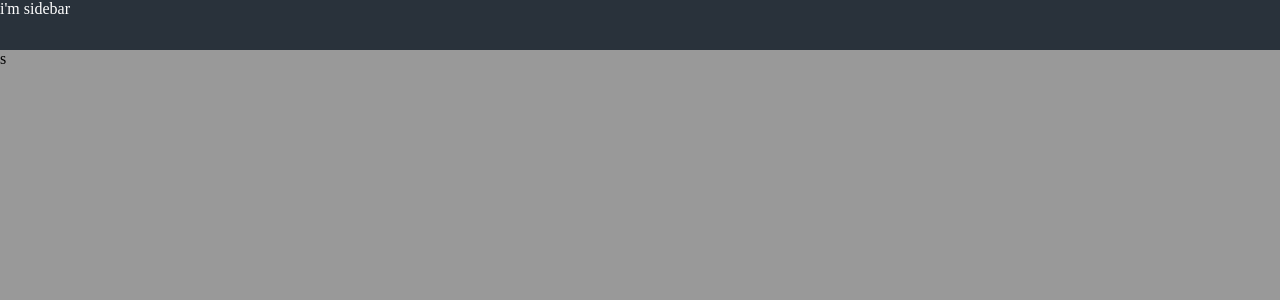
Repository: runuowbd123/reacthooksDemo
Page: /
These files come from the project's save history. The page is drawn as it stood at one moment and after the next save; the edit follows.
The browser window is 1280 px wide. The pictures show the whole page.
The project was rebuilt for these pictures with package versions that can differ from the ones it lists, and the page was loaded fresh each time.

Above is the page before, as saved 2019-06-25 16:52:46.

### public/index.html
<!DOCTYPE html>
<html lang="en">
  <head>
    <meta charset="utf-8">
    <link rel="shortcut icon" href="./favicon.ico">
    <meta name="viewport" content="width=device-width, initial-scale=1, shrink-to-fit=no">
    <meta name="theme-color" content="#000000">
    <link rel="manifest" href="./public/manifest.json">
    <title>义乌恒风</title>
    <style type="text/css">
      .laoding-wrapper {
          width: 100%;
          height: 100%;
          position: absolute;
          top: 0;
          left: 0;
          background: linear-gradient(to bottom, #2E3943 , #2E3943 );
      }
      .loading-title {
          color: #fff;
          /*font-size: 20px;*/
      }
      .loading-center {
          position: absolute;
          top: 0;
          left: 0;
          bottom: 0;
          text-align: center;
          right: 0;
          margin: auto;
          width: 300px;
          height: 160px;
      }
      .bouncywrap {
          position: relative;
          position: relative;
          display: inline-block;
          margin-top: 20px;
      }
      .dotcon {
          display: block;
          float: left;
          width: 50px;
          position: absolute;
      }
      .dc1 {
          -webkit-animation: bouncy1 1.5s infinite;
          left: -40px;
          animation: bouncy1 1.5s infinite;
      }
      .dc2 {
          -webkit-animation: bouncy2 1.5s infinite;
          animation: bouncy2 1.5s infinite;
          left: 0;
      }
      .dc3 {
          -webkit-animation: bouncy3 1.5s infinite;
          animation: bouncy3 1.5s infinite;
          left: 40px;
      }

      .dot {
          height: 10px;
          width: 10px;
          border-radius: 50%;
          background: #fff;
      }

      @-webkit-keyframes bouncy1 {
          0% {
              -webkit-transform: translate(0px, 0px) rotate(0deg);
          }
          50% {
              -webkit-transform: translate(0px, 0px) rotate(180deg);
          }
          100% {
              -webkit-transform: translate(40px, 0px) rotate(-180deg);
          }
      }

      @keyframes bouncy1 {
          0% {
              transform: translate(0px, 0px) rotate(0deg);
          }
          50% {
              transform: translate(0px, 0px) rotate(180deg);
          }
          100% {
              transform: translate(40px, 0px) rotate(-180deg);
          }
      }

      @-webkit-keyframes bouncy2 {
          0% {
              -webkit-transform: translateX(0px);
          }
          50% {
              -webkit-transform: translateX(-40px);
          }
          100% {
              -webkit-transform: translateX(-40px);
          }
      }

      @keyframes bouncy2 {
          0% {
              transform: translateX(0px);
          }
          50% {
              transform: translateX(-40px);
          }
          100% {
              transform: translateX(-40px);
          }
      }

      @-webkit-keyframes bouncy3 {
          0% {
              -webkit-transform: translateX(0px);
          }
          50% {
              -webkit-transform: translateX(0px);
          }
          100% {
              -webkit-transform: translateX(-40px);
          }
      }

      @keyframes bouncy3 {
          0% {
              transform: translateX(0px);
          }
          50% {
              transform: translateX(0px);
          }
          100% {
              transform: translateX(-40px);
          }
      }
  </style>
  </head>
  <body>
    <div id="app">
      <!-- <div class="laoding-wrapper">
        <div class="loading-center">
            <h1 class="loading-title">义乌恒丰</h1>
            <div class="bouncywrap">
                <div class="dotcon dc1">
                    <div class="dot"></div>
                </div>
                <div class="dotcon dc2">
                    <div class="dot"></div>
                </div>
                <div class="dotcon dc3">
                    <div class="dot"></div>
                </div>
            </div>
        </div>
    </div> -->
    </div>
    <!-- <script src="./public/config.js"></script> -->
    <script>
      // if (navigator.serviceWorker!=null) {
      //         const version="sw_version_1";
      //         navigator.serviceWorker.register("/sw.js")
      //         .then(function(registration){
      //             if (localStorage.getItem('sw_version_1') !== version) {
      //                 registration.update().then(function () {
      //                     localStorage.setItem('sw_version_1', version)
      //                 });
      //             }
      //             console.log('Registered events as scopet',registration.scope);
      //         }).catch(e=>{
      //             console.log('catch',e);
      //         })
      //     };
  </script>
  </body>
</html>

### src/app.tsx
import * as React from 'react';
import * as ReactDOM from 'react-dom';
import { BrowserRouter, Route, Switch, withRouter } from 'react-router-dom';

import Welcome from './views/welcome';

ReactDOM.render(
    (
        <BrowserRouter>
            <Route path="/" component={Welcome} />
        </BrowserRouter>
    ),
    document.getElementById('app'),
);

### src/views/welcome.tsx
import * as React from 'react';

import { HashRouter as Router, Route, Switch } from 'react-router-dom';
import Root from '../root';

export default class Welcome extends React.Component {

    public render() {
        return (
            <div
                style={{
                    bottom: 0,
                    display: 'flex',
                    flexDirection: 'column',
                    left: 0,
                    position: 'absolute',
                    right: 0,
                    top: 0,
                }}
            >
                <div
                    style={{
                        background: '#29323b',
                        color: '#fff',
                        height: '50px',
                    }}
                >
                    i'm sidebar
                </div>
                <div
                    style={{
                        background: '#999',
                        flex: 1,
                    }}
                >
                    s
                </div>

            </div>
        );
    }
}

After the next save:
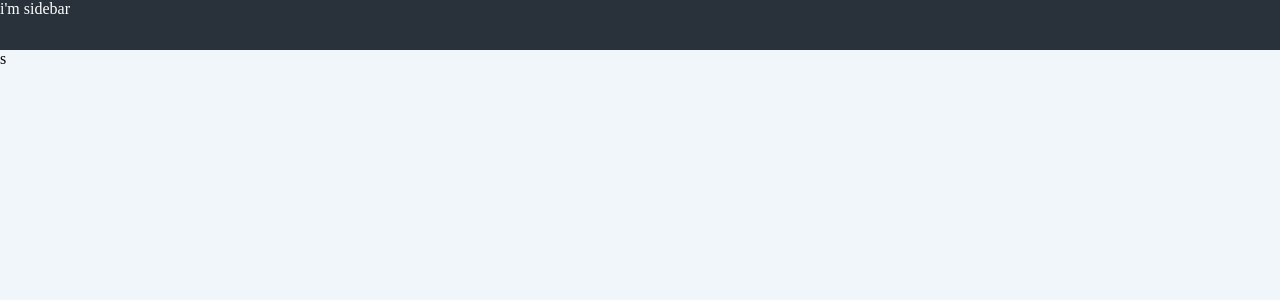
Saved 31 s later.
--- a/src/views/welcome.tsx
+++ b/src/views/welcome.tsx
@@ -29,7 +29,7 @@ export default class Welcome extends React.Component {
                 </div>
                 <div
                     style={{
-                        background: '#999',
+                        background: '#f0f6f9',
                         flex: 1,
                     }}
                 >
